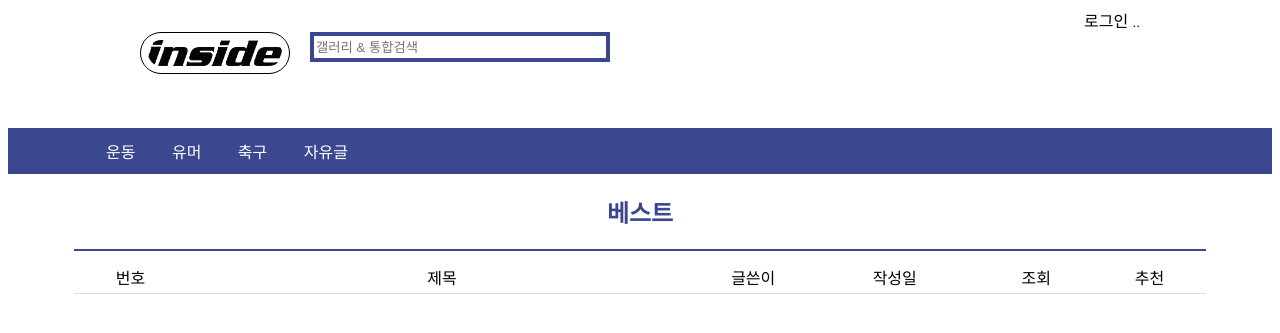
Repository: inhoo123/backup
Page: http://localhost/community-inside/index
An editor plug-in stored every save of this project. The page is shown before and after the next save, followed by the edit.
The browser window is 1280 px wide. The pictures show the whole page.
Some web fonts or font styles are not loaded; a fallback is used. The page is served by Tomcat 10.

Above is the page before, as saved 2024-06-27 02:02:27.

After the next save:
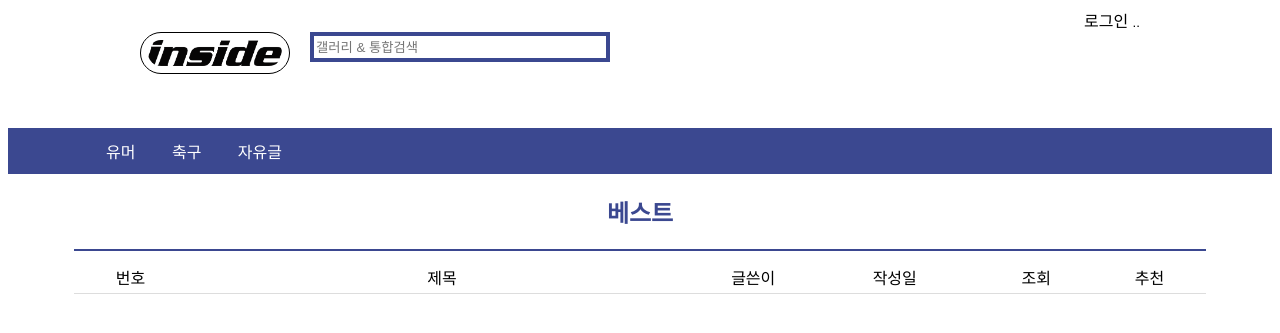
Saved 8 min 7 s later.
--- a/web-workspace/community-inside/src/main/webapp/WEB-INF/view/common/header.jsp
+++ b/web-workspace/community-inside/src/main/webapp/WEB-INF/view/common/header.jsp
@@ -45,7 +45,7 @@
 <div class="container px-1">
 <div style="text-align: left;">
 	<a href="${pageContext.servletContext.contextPath }/list"
-		><span style="color:white;  font-weight: 550;">&emsp;&emsp;운동</span></a>
+		><span style="color:white;  font-weight: 550;"></span></a>
 
 
 		<a href="${pageContext.servletContext.contextPath }/list"

After the save that followed:
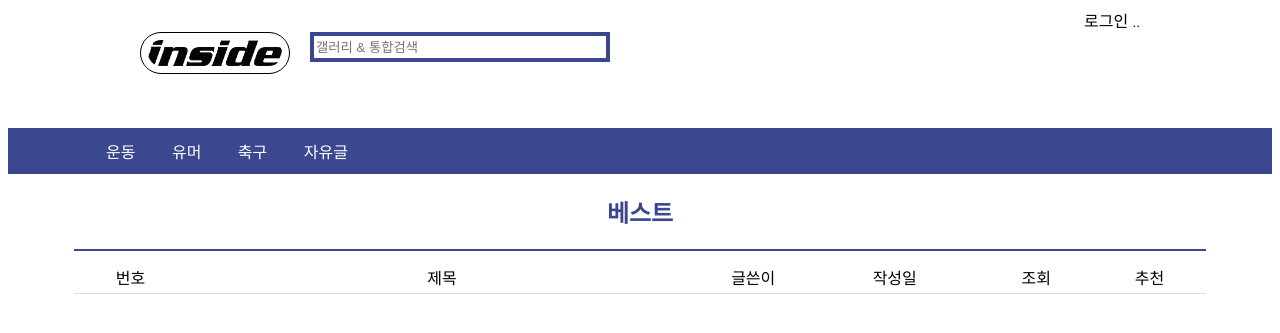
Saved 12 s later.
--- a/web-workspace/community-inside/src/main/webapp/WEB-INF/view/common/header.jsp
+++ b/web-workspace/community-inside/src/main/webapp/WEB-INF/view/common/header.jsp
@@ -45,7 +45,7 @@
 <div class="container px-1">
 <div style="text-align: left;">
 	<a href="${pageContext.servletContext.contextPath }/list"
-		><span style="color:white;  font-weight: 550;"></span></a>
+		><span style="color:white;  font-weight: 550;">&emsp;&emsp;운동</span></a>
 
 
 		<a href="${pageContext.servletContext.contextPath }/list"
